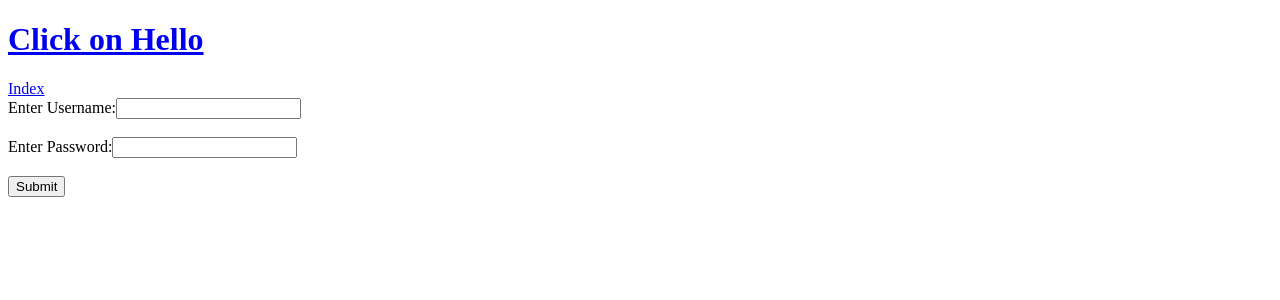
Repository: SimOneGraCias11/Montran_Training
Page: http://localhost/SpringMvc/app.jsp
These files come from the project's save history. The page is drawn as it stood at one moment and after the next save; the edit follows.
The browser window is 1280 px wide. The pictures show the whole page.
The page is served by Tomcat 9. Other server files are loaded and not shown.

Above is the page before, as saved 2024-08-06 11:19:44.

### SpringMvc/src/main/webapp/app.jsp
<%@ page language="java" contentType="text/html; charset=ISO-8859-1"
    pageEncoding="ISO-8859-1"%>
<!DOCTYPE html>
<html>
<head>
<meta charset="ISO-8859-1">
<title>Spring Mvc Demo</title>
</head>
<body>

<a href="hello"><h1>Click on Hello</h1></a>
<a href="home">Index</a>


<form action="login">

Enter Username:<input type="text" name="uname"><br><br>

Enter Password:<input type="text" name="pass"><br><br>

<button> Submit</button>
</form>
</body>
</html>

After the next save:
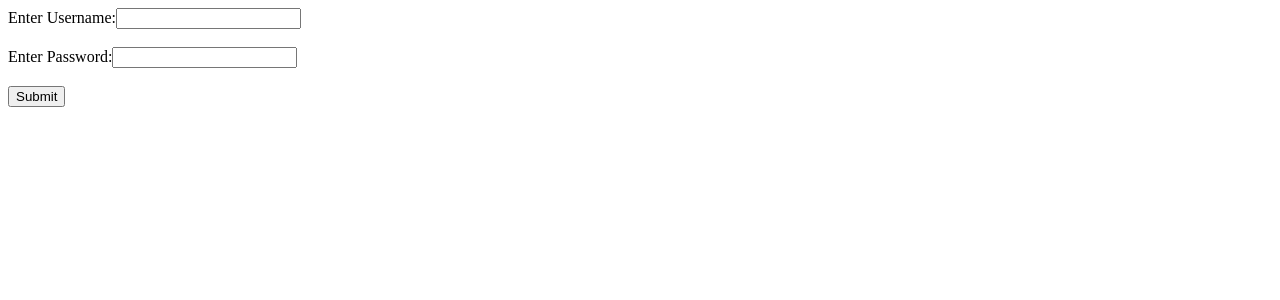
Saved 65 s later.
--- a/SpringMvc/src/main/webapp/app.jsp
+++ b/SpringMvc/src/main/webapp/app.jsp
@@ -8,9 +8,9 @@
 </head>
 <body>
 
-<a href="hello"><h1>Click on Hello</h1></a>
+<!-- <a href="hello"><h1>Click on Hello</h1></a>
 <a href="home">Index</a>
-
+ -->
 
 <form action="login">
 
